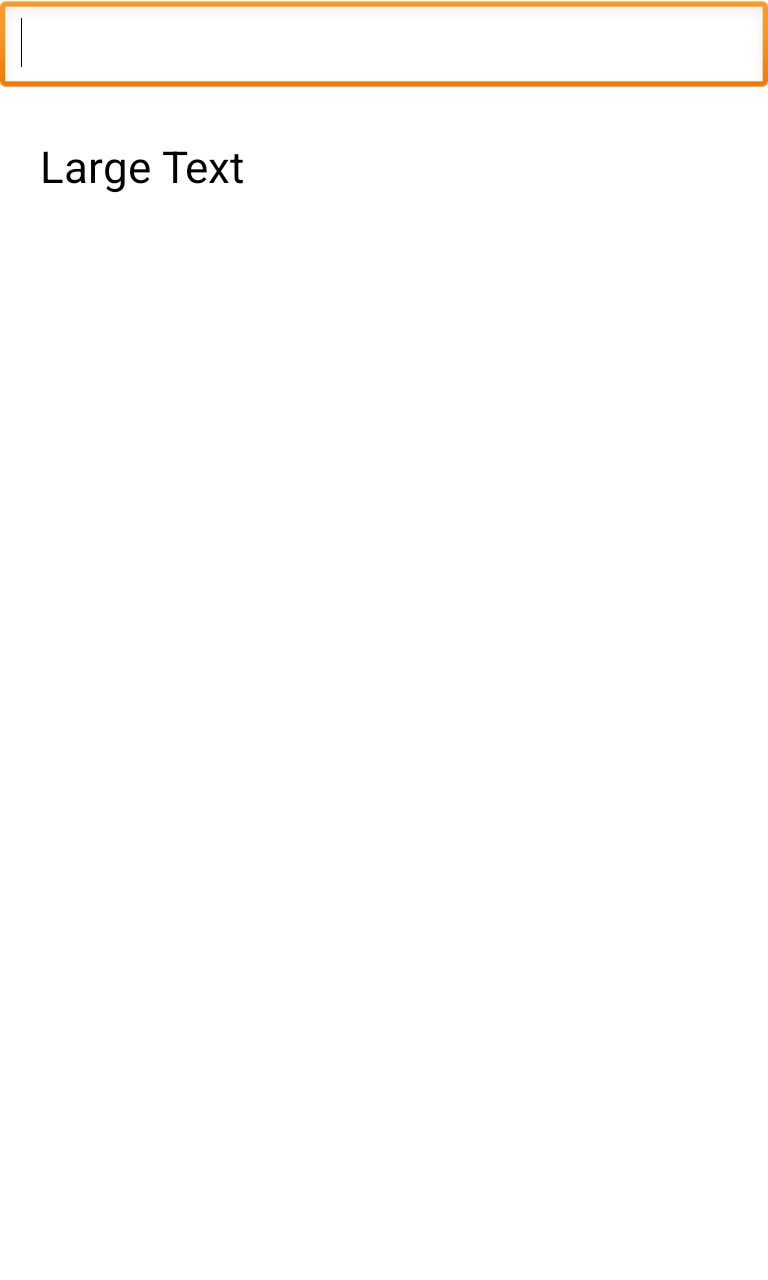
Repository: arodriguezp2003/aqandroid
Layout: Prueba/res/layout/mainactivity.xml
These files come from the project's save history. The layout is drawn as it stood at one moment and after the next save; the edit follows.
It is drawn on a 768 x 1280 px phone screen (xhdpi) without system bars, with theme android:Theme.Light.NoTitleBar; the app's code is not run.

Above is the layout before, as saved 2014-07-09 16:39:37.

After the next save:
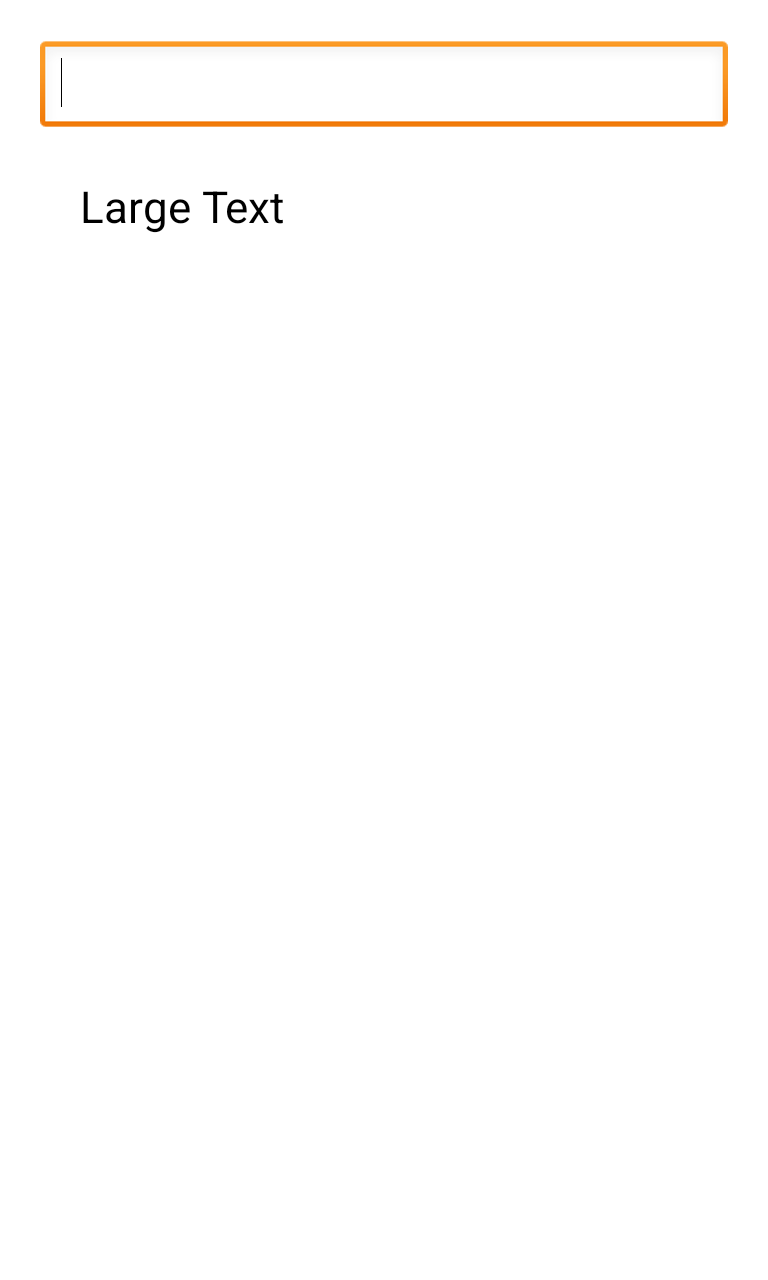
Saved 15 s later.
--- a/Prueba/res/layout/mainactivity.xml
+++ b/Prueba/res/layout/mainactivity.xml
@@ -2,7 +2,8 @@
 <LinearLayout xmlns:android="http://schemas.android.com/apk/res/android"
     android:layout_width="match_parent"
     android:layout_height="match_parent"
-    android:orientation="vertical" >
+    android:orientation="vertical"
+    android:padding="20dp">
 
     <EditText
         android:id="@+id/xBarra"
